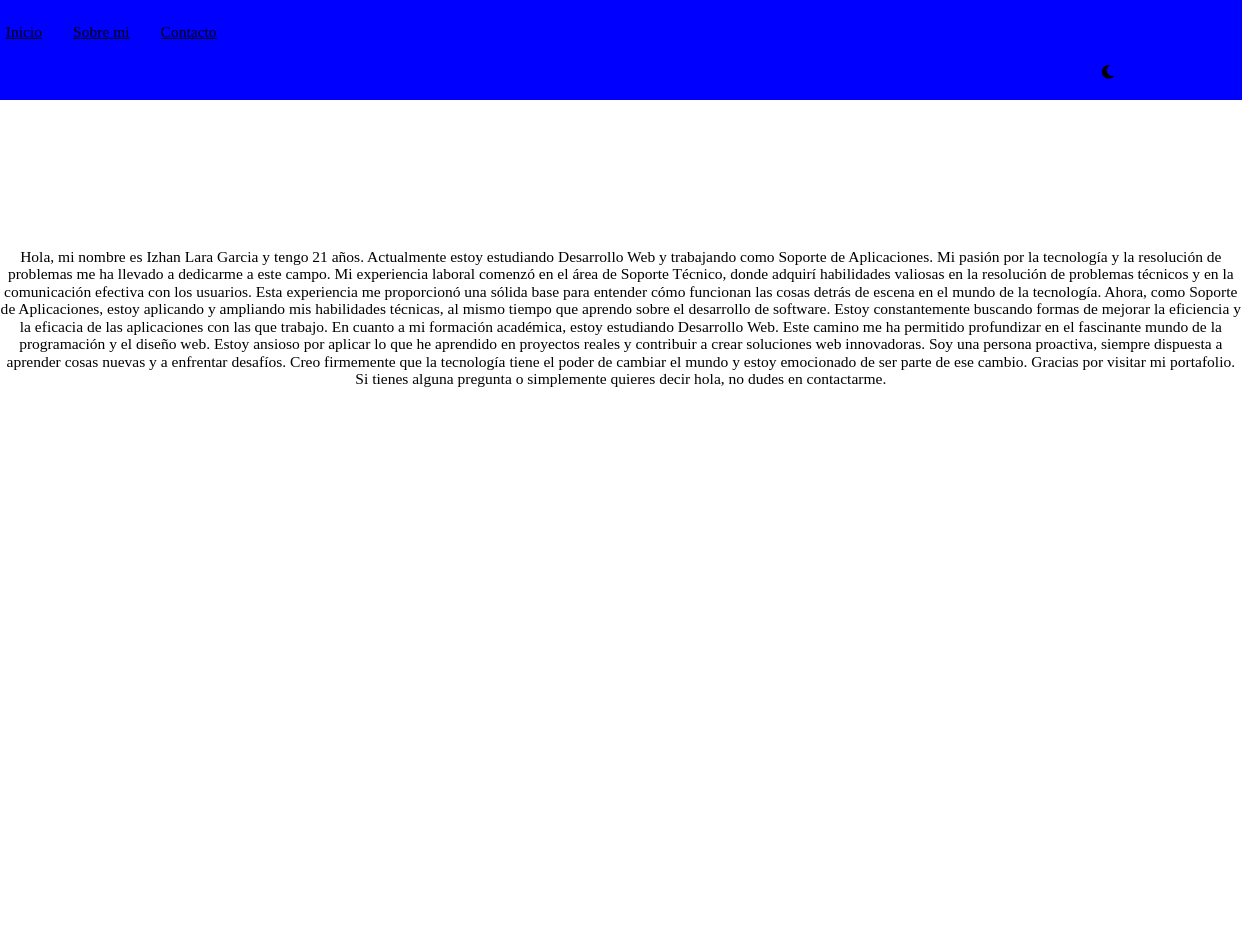
Repository: izhanlaraagarcia/izhanlaraagarcia.github.io
Page: /sobre-mi (app in vite-project/)
An editor plug-in stored every save of this project. The page is shown before and after the next save, followed by the edit.
The browser window is 1280 px wide. The pictures show the whole page, at 97% of full size.
The project was rebuilt for these pictures with package versions that can differ from the ones it lists, and the page was loaded fresh each time. Also part of the build but not shown: vite-project/vite.config.js, vite-project/src/Home/Styles/estilos.css, vite-project/src/Componentes-Generales/styles/banner.css, vite-project/src/Componentes-Generales/banner.jsx, vite-project/src/Componentes-Generales/styles/footer.css, vite-project/src/Componentes-Generales/footer.jsx, vite-project/src/Home/Inicio.jsx, vite-project/src/pages/Contact/contact.jsx.

Above is the page before, as saved 2024-07-11 21:19:47.

### vite-project/index.html
<!doctype html>
<html lang="en">
  <head>
    <meta charset="UTF-8" />
    <meta name="viewport" content="width=device-width, initial-scale=1.0" />
    <title>Izhan Lara Garcia</title>
  </head>
  <body>
    <div id="root"></div>
    <script type="module" src="/src/main.jsx"></script>
  </body>
</html>

### vite-project/src/App.jsx
import React from "react";
import { BrowserRouter as Router, Route, Routes } from "react-router-dom";
import Menu from "./Componentes-Generales/menu.jsx";
import Inicio from "./Home/Inicio.jsx";
import About from "./pages/About/about.jsx";
import Contact from "./pages/Contact/contact.jsx";

class App extends React.Component {
  render() {
    return (
      <Router>
        <Menu />
        <Routes>
          <Route path="/" element={<Inicio />} />
          <Route path="/sobre-mi" element={<About />} />
          <Route path="/contacto" element={<Contact />} />
        </Routes>
      </Router>
    );
  }
}

export default App;

### vite-project/src/index.css
/* :root {
  font-family: Inter, system-ui, Avenir, Helvetica, Arial, sans-serif;
  line-height: 1.5;
  font-weight: 400;

  color-scheme: light dark;
  color: rgba(255, 255, 255, 0.87);
  background-color: #242424;

  font-synthesis: none;
  text-rendering: optimizeLegibility;
  -webkit-font-smoothing: antialiased;
  -moz-osx-font-smoothing: grayscale;
}

a {
  font-weight: 500;
  color: #646cff;
  text-decoration: inherit;
}

a:hover {
  color: #535bf2;
}



h1 {
  font-size: 3.2em;
  line-height: 1.1;
}

button {
  border-radius: 8px;
  border: 1px solid transparent;
  padding: 0.6em 1.2em;
  font-size: 1em;
  font-weight: 500;
  font-family: inherit;
  background-color: #1a1a1a;
  cursor: pointer;
  transition: border-color 0.25s;
}

button:hover {
  border-color: #646cff;
}

button:focus,
button:focus-visible {
  outline: 4px auto -webkit-focus-ring-color;
}

@media (prefers-color-scheme: light) {
  :root {
    color: #213547;
    background-color: #ffffff;
  }

  a:hover {
    color: #747bff;
  }

  button {
    background-color: #f9f9f9;
  }
} */

body {
  right: 0;
  margin: 0%;
  width: 100%;
  margin-top: 20%;
  text-align: center;
  min-width: 320px;
  min-height: 100vh;

}

button {
  border-radius: 8px;
  border: 1px solid transparent;
  padding: 0.6em 1.2em;
  font-size: 1em;
  font-weight: 500;
  font-family: inherit;
  background-color: #1a1a1a;
  cursor: pointer;
  transition: border-color 0.25s;
}

### vite-project/src/Componentes-Generales/menu.jsx
import React from "react";
import { Link } from "react-router-dom";
import "./styles/menu.css";

import TemaComponent from "./thema";

class Menu extends React.Component {
  render() {
    return (
      <header>
        <nav>
          <ul>
            <li>
              <Link to="/">Inicio</Link>
            </li>
            <li>
              <Link to="/sobre-mi">Sobre mi</Link>
            </li>
            <li>
              <Link to="/contacto">Contacto</Link>
            </li>
            <li>
              <TemaComponent/>
            </li>
          </ul>
        </nav>
      </header>
    );
  }
}

export default Menu;

### vite-project/src/pages/About/about.jsx
import React from "react";
import Menu from "../../Componentes-Generales/menu";

class About extends React.Component {
  render() {
    return (
      <div>
        <Menu />
        Hola, mi nombre es Izhan Lara Garcia y tengo 21 años. Actualmente estoy
        estudiando Desarrollo Web y trabajando como Soporte de Aplicaciones. Mi
        pasión por la tecnología y la resolución de problemas me ha llevado a
        dedicarme a este campo. Mi experiencia laboral comenzó en el área de
        Soporte Técnico, donde adquirí habilidades valiosas en la resolución de
        problemas técnicos y en la comunicación efectiva con los usuarios. Esta
        experiencia me proporcionó una sólida base para entender cómo funcionan
        las cosas detrás de escena en el mundo de la tecnología. Ahora, como
        Soporte de Aplicaciones, estoy aplicando y ampliando mis habilidades
        técnicas, al mismo tiempo que aprendo sobre el desarrollo de software.
        Estoy constantemente buscando formas de mejorar la eficiencia y la
        eficacia de las aplicaciones con las que trabajo. En cuanto a mi
        formación académica, estoy estudiando Desarrollo Web. Este camino me ha
        permitido profundizar en el fascinante mundo de la programación y el
        diseño web. Estoy ansioso por aplicar lo que he aprendido en proyectos
        reales y contribuir a crear soluciones web innovadoras. Soy una persona
        proactiva, siempre dispuesta a aprender cosas nuevas y a enfrentar
        desafíos. Creo firmemente que la tecnología tiene el poder de cambiar el
        mundo y estoy emocionado de ser parte de ese cambio. Gracias por visitar
        mi portafolio. Si tienes alguna pregunta o simplemente quieres decir
        hola, no dudes en contactarme.
      </div>
    );
  }
}

export default About;

### vite-project/src/Componentes-Generales/styles/menu.css
nav {
    top: 0;
    right: 0;
    margin: 0%;
    padding: 10px;
    position: fixed;
    width: 100%;

    background-color: blue;
}

nav ul {
    list-style-type: none;
    padding: 0;
    margin: 0;
}

nav a {
    float: left;
    display: block;
    color: black;
    text-align: center;
    padding: 14px 16px;
}

nav ul li a:hover {
    background-color: aliceblue;
}

### vite-project/src/Componentes-Generales/thema.jsx
import React, { useState } from "react";
import { FontAwesomeIcon } from "@fortawesome/react-fontawesome";
import { faSun, faMoon } from "@fortawesome/free-solid-svg-icons";

const TemaComponent = () => {
  const [dark, setDark] = useState(false);

  const handleClick = () => {
    if (dark) {
      document.body.style.backgroundColor = "white";
      setDark(false);
    } else {
      document.body.style.backgroundColor = "darkgrey";
      setDark(true);
    }
  };

  return (
    <button
      id="tema"
      style={{
        cursor: "pointer",
        background: "none",
        border: "none",
        outline: "none",
        marginLeft: "80%",
      }}
      onClick={handleClick}
      aria-label={dark ? "Cambiar al modo claro" : "Cambiar al modo oscuro"}
    >
      <FontAwesomeIcon
        icon={dark ? faSun : faMoon}
        style={{ color: dark ? "black" : "inherit" }}
      />
    </button>
  );
};

export default TemaComponent;

Loaded but not shown: vite-project/src/main.jsx (common file)

After the next save:
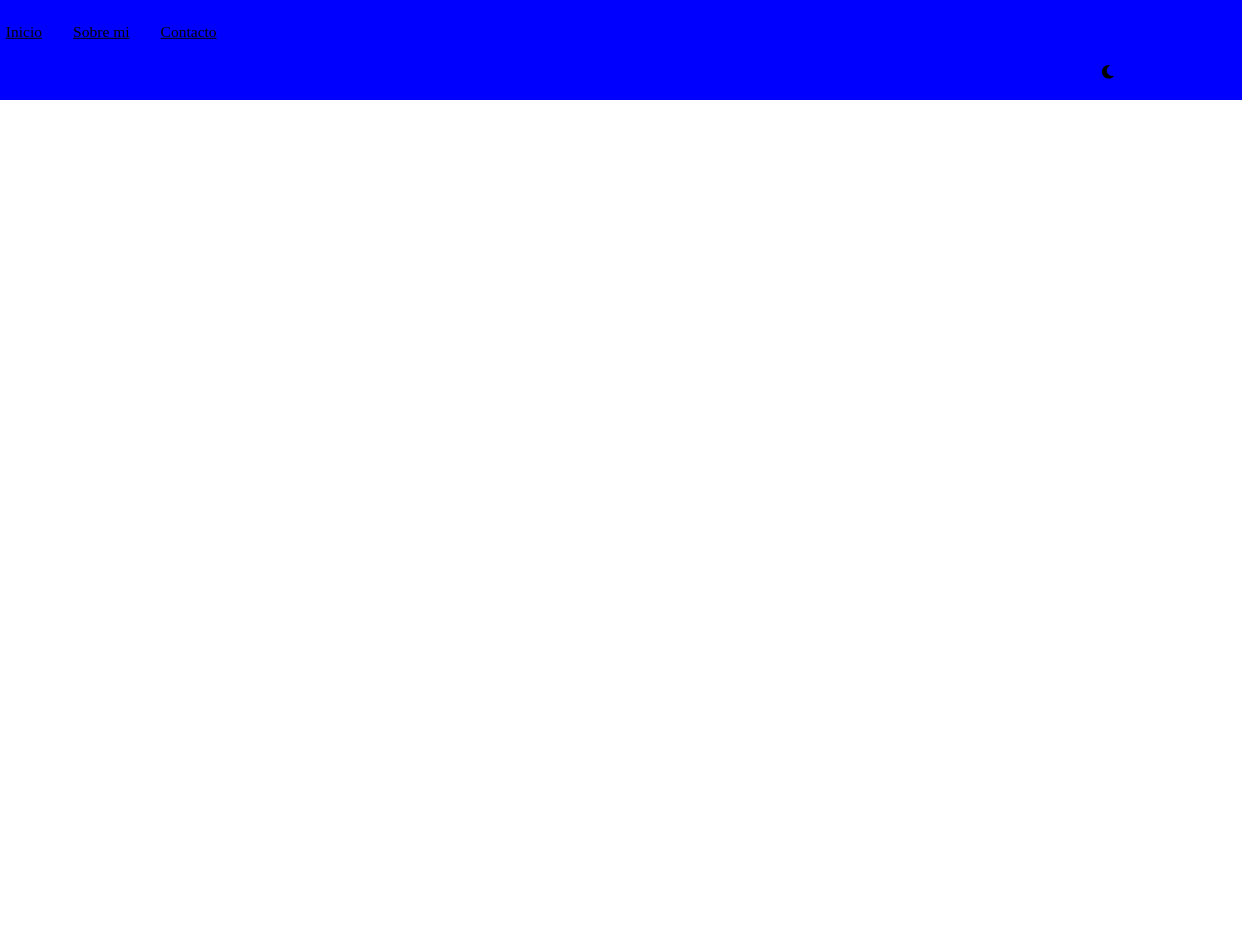
Saved 22 s later.
--- a/vite-project/src/pages/About/about.jsx
+++ b/vite-project/src/pages/About/about.jsx
@@ -6,7 +6,7 @@ class About extends React.Component {
     return (
       <div>
         <Menu />
-        Hola, mi nombre es Izhan Lara Garcia y tengo 21 años. Actualmente estoy
+        {/* Hola, mi nombre es Izhan Lara Garcia y tengo 21 años. Actualmente estoy
         estudiando Desarrollo Web y trabajando como Soporte de Aplicaciones. Mi
         pasión por la tecnología y la resolución de problemas me ha llevado a
         dedicarme a este campo. Mi experiencia laboral comenzó en el área de
@@ -26,7 +26,7 @@ class About extends React.Component {
         desafíos. Creo firmemente que la tecnología tiene el poder de cambiar el
         mundo y estoy emocionado de ser parte de ese cambio. Gracias por visitar
         mi portafolio. Si tienes alguna pregunta o simplemente quieres decir
-        hola, no dudes en contactarme.
+        hola, no dudes en contactarme. */}
       </div>
     );
   }
